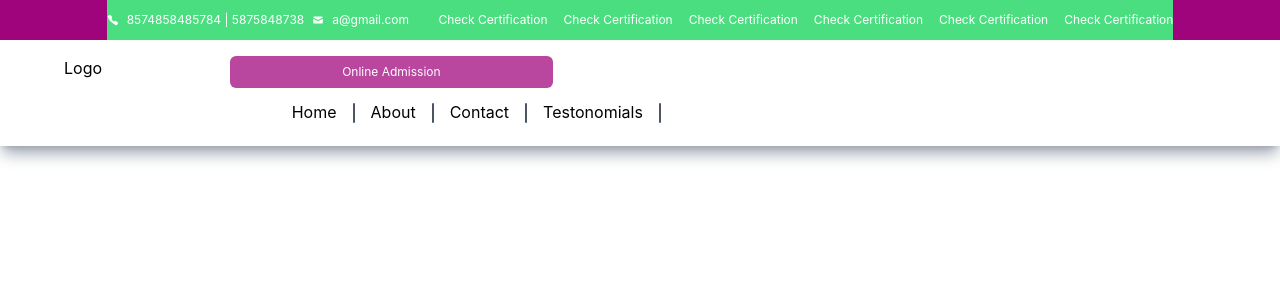
Repository: Sushant203/react-training-
Page: /
An editor plug-in stored every save of this project. The page is shown before and after the next save, followed by the edit.
The browser window is 1280 px wide. The pictures show the whole page.
The project was rebuilt for these pictures with package versions that can differ from the ones it lists, and the page was loaded fresh each time. Also part of the build but not shown: src/App.css, src/components/LowerNav.jsx, src/components/UpperNav.jsx.

Above is the page before, as saved 2022-12-19 10:02:36.

### src/App.js

import './App.css';
import LowerNav from './components/LowerNav';
import UpperNav from './components/UpperNav';
import Layout from './Hoc/Layout/Layout'

function App() {
  return (
    <div>
     <Layout />
    </div>
  );
}

export default App;

### src/Hoc/Layout/Layout.jsx
import React from "react";
import Toolbar from "../../components/Naviagtion/Toolbar/index";

function Layout() {
  return (
    <div>
      {/* toolbar */}
      <Toolbar />
    </div>
  );
}

export default Layout;

### src/components/Naviagtion/Toolbar/index.jsx
import React from "react";
import Header from "./header";
import Secondary from "./Secondary";

function Index() {
  return (
    <div className="h-fit bg-mainColor w-screen shadow-lg shadow-gray-400 ">
      <Header />
      <Secondary />
    </div>
  );
}

export default Index;

### src/components/Naviagtion/Toolbar/header.jsx
import React from "react";
import { IoCallSharp } from "react-icons/io5";
import { HiMail } from "react-icons/hi";
function Header() {
  const NavLinks = [
    { title: "check certificate" },
    { title: "check certificate" },
    { title: "check certificate" },
    { title: "check certificate" },
    { title: "check certificate" },
    { title: "check certificate" },
  ];
  return (
    <div className="py-3 h-fit  md:w-10/12 mx-auto flex flex-col bg-green-400  md:flex-row items-center justify-between  md:text-xs">
      {/* number and email */}
      <div className="flex gap-2  text-white">
        <div className="flex gap-2  items-center">
          <IoCallSharp />
          8574858485784 | 5875848738
        </div>
        <div className=" flex gap-2 items-center">
          <HiMail />
          a@gmail.com
        </div>
      </div>
      {/* navigation links */}
      <div className="text-white hidden md:flex gap-4  ">
        {NavLinks.map((val, i) => {
          return (
            <div key={i} className="capitalize ">
              check certification
            </div>
          );
        })}
      </div>
    </div>
  );
}

export default Header;

### src/components/Naviagtion/Toolbar/Secondary.jsx
import React from "react";

function Secondary() {
  const Nalink = [
    {
      title: "Home",
    },
    {
      title: "About",
    },
    {
      title: "contact",
    },
    {
      title: "testonomials",
    },
  ];
  return (
    <div className="grid grid-cols-4 md:grid-cols-7 gap-2 justify-between px-16 w-full py-4 bg-white">
      <div>Logo</div>
      <div className="bg-mainColor col-span-2 flex justify-center only:md:col-span-1 px-1 md:px-4 py-2 animate-pulse duration-700 delay-200 text-xs rounded-md transition-all cursor-pointer text-white">
        Online Admission
      </div>
      <div className="md:col-span-5 hidden md:flex justify-center items-center gap-3">
        {Nalink.map((val, i) => {
          return (
            <div key={i} className="flex items-center gap-3">
              <div className="border-b-2 w-fit  border-transparent capitalize hover:border-mainColor rounded-sm p-1 cursor-pointer  ">
                {val.title}
              </div>
              <div className="h-5 w-[2px] rounded-md bg-gray-600"></div>
            </div>
          );
        })}
      </div>
    </div>
  );
}

export default Secondary;

### tailwind.config.js
/** @type {import('tailwindcss').Config} */
module.exports = {
  content: [
    "./src/**/*.{js,jsx,ts,tsx}",
  ],
  theme: {
    extend: {
      colors:{
        mainColor:'#A0047D'
      }
    },
  },
  plugins: [],
}

Loaded but not shown: public/index.html (common file); src/index.js (common file); src/index.css (common file); src/reportWebVitals.js (common file)

After the next save:
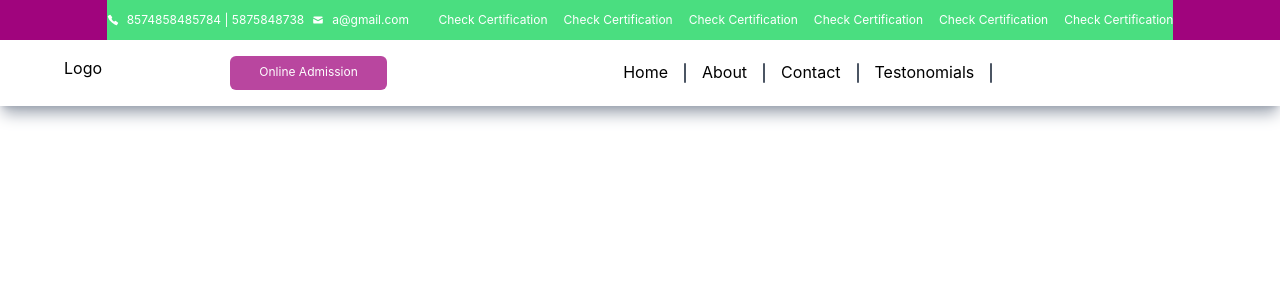
Saved 19 s later.
--- a/src/components/Naviagtion/Toolbar/Secondary.jsx
+++ b/src/components/Naviagtion/Toolbar/Secondary.jsx
@@ -18,7 +18,7 @@ function Secondary() {
   return (
     <div className="grid grid-cols-4 md:grid-cols-7 gap-2 justify-between px-16 w-full py-4 bg-white">
       <div>Logo</div>
-      <div className="bg-mainColor col-span-2 flex justify-center only:md:col-span-1 px-1 md:px-4 py-2 animate-pulse duration-700 delay-200 text-xs rounded-md transition-all cursor-pointer text-white">
+      <div className="bg-mainColor col-span-2 flex justify-center md:col-span-1 px-1 md:px-4 py-2 animate-pulse duration-700 delay-200 text-xs rounded-md transition-all cursor-pointer text-white">
         Online Admission
       </div>
       <div className="md:col-span-5 hidden md:flex justify-center items-center gap-3">
